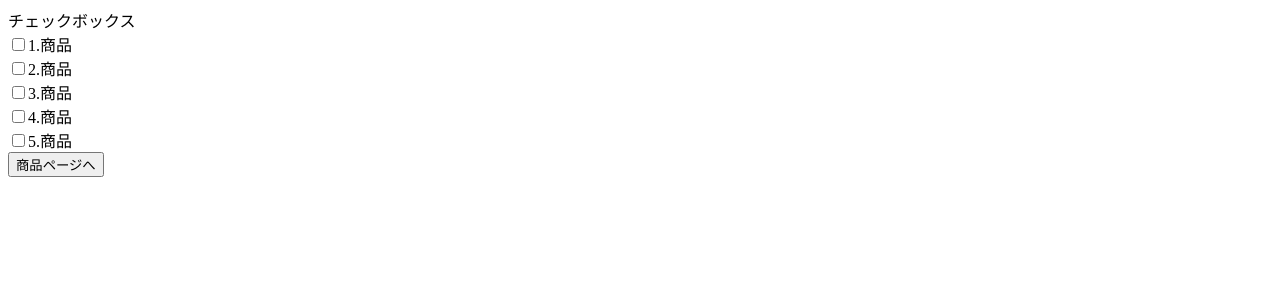
Repository: nathox/backup
Page: http://localhost/Aaaa/a.jsp
An editor plug-in stored every save of this project. The page is shown before and after the next save, followed by the edit.
The browser window is 1280 px wide. The pictures show the whole page.
The page is served by Tomcat 9. Other server files are loaded and not shown.

Above is the page before, as saved 2018-02-05 02:34:42.

### Aaaa/WebContent/a.jsp
<%@ page language="java" contentType="text/html; charset=UTF-8"
    pageEncoding="UTF-8"%>
<!DOCTYPE html PUBLIC "-//W3C//DTD HTML 4.01 Transitional//EN" "http://www.w3.org/TR/html4/loose.dtd">
<html>
<head>
<meta http-equiv="Content-Type" content="text/html; charset=UTF-8">
<title>Insert title here</title>
</head>
<body>

<form name="frmMove">
<script language=javascript>
function obakasannemou(){
objChk = frmMove.chkMove //チェックボックスオブジェクトを参照
str = ""; //チェック内容を代入する変数
for(i = 0 ; i < objChk.length;i++){
if(objChk[i].checked) str += objChk[i].value
}
switch(str){
case "1":
location.href="a.html";
break;
case "2":
location.href="b.html";
break;

case "3":
location.href="a.html";
break;

case "4":
location.href="c.html";
break;

case "5":
location.href="https://www.google.co.jp/maps";
break;

case "125":
location.href="c.html";
break;
}
}
</script>
チェックボックス
<br>
<input type="checkbox" value="1" name="chkMove">1.商品
<br><input type="checkbox" value="2" name="chkMove">2.商品
<br><input type="checkbox" value="3" name="chkMove">3.商品
<br><input type="checkbox" value="4" name="chkMove">4.商品
<br><input type="checkbox" value="5" name="chkMove">5.商品



<br><input type="button" value="商品ページへ" onclick="obakasannemou()">
</form>





</body>
</html>

After the next save:
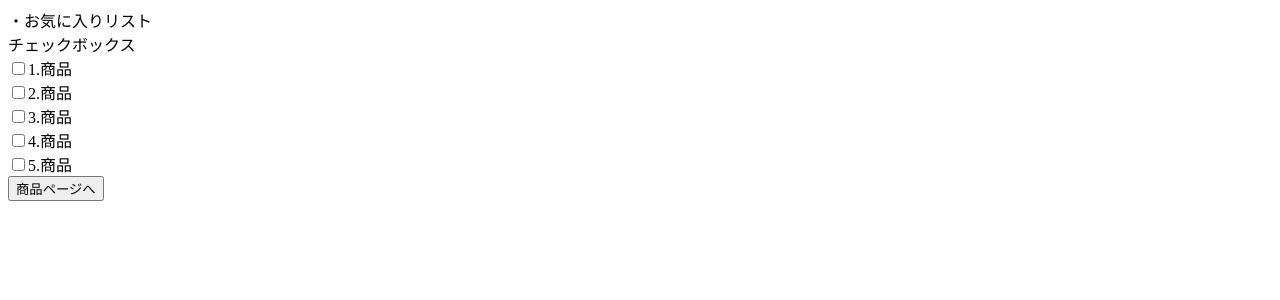
Saved 68 s later.
--- a/Aaaa/WebContent/a.jsp
+++ b/Aaaa/WebContent/a.jsp
@@ -7,6 +7,8 @@
 <title>Insert title here</title>
 </head>
 <body>
+
+・お気に入りリスト
 
 <form name="frmMove">
 <script language=javascript>

After the save that followed:
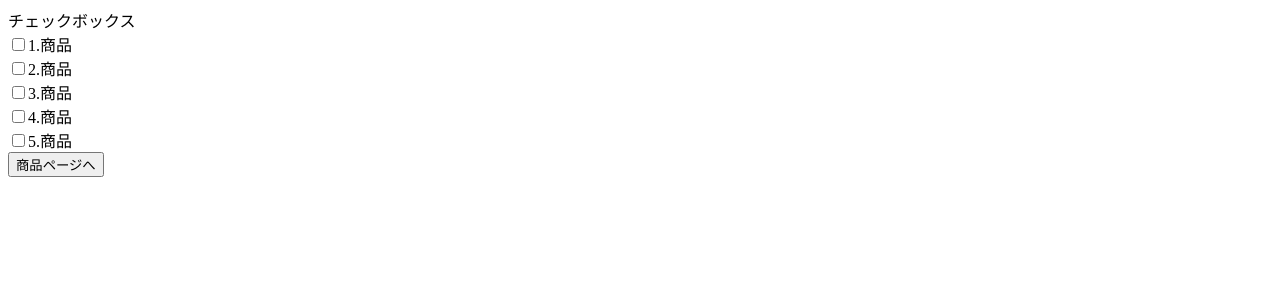
Saved 59 s later.
--- a/Aaaa/WebContent/a.jsp
+++ b/Aaaa/WebContent/a.jsp
@@ -8,7 +8,7 @@
 </head>
 <body>
 
-・お気に入りリスト
+
 
 <form name="frmMove">
 <script language=javascript>
